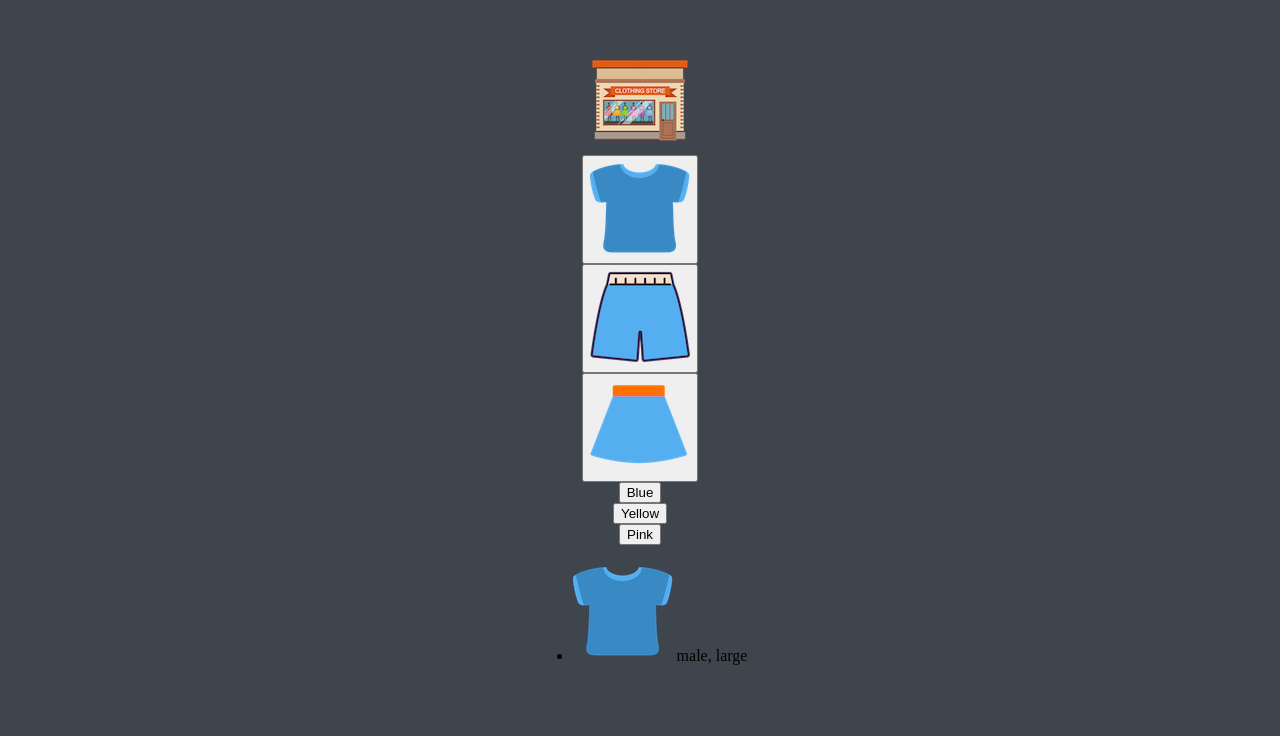
Repository: GoodHoneyCake/Dream_Coding_Academy1
Page: index.html
An editor plug-in stored every save of this project. The page is shown before and after the next save, followed by the edit.
The browser window is 1280 px wide. The pictures show the whole page.

Above is the page before, as saved 2021-01-06 16:12:41.

### index.html
<!DOCTYPE html>
<html lang="en">
  <head>
    <meta charset="UTF-8" />
    <meta name="viewport" content="width=device-width, initial-scale=1.0" />
    <title>Online Shopping</title>
    <link rel="stylesheet" href="style.css" />
    <script src="src/main.js" defer></script>
  </head>
  <body>
    <!-- Logo -->
    <img src="img/logo.png" alt="Logo" class="logo" />
    <!-- Buttons -->
    <button class="btn">
      <img src="img/blue_t.png" alt="tshirt" class="imgBtn" />
    </button>
    <button class="btn">
      <img src="img/blue_p.png" alt="pants" class="imgBtn" />
    </button>
    <button class="btn">
      <img src="img/blue_s.png" alt="skirt" class="imgBtn" />
    </button>
    <button class="btn colorBtn blue">Blue</button>
    <button class="btn colorBtn yellow">Yellow</button>
    <button class="btn colorBtn pink">Pink</button>
    <!-- Items -->
    <ul class="items">
      <li class="item">
        <img src="img/blue_t.png" alt="tshirt" class="item_thumbnail" />
        <span class="item__description">male, large</span>
      </li>
    </ul>
  </body>
</html>

### style.css
:root {
  /* color */
  --color-black: #3f454d;
  --color-white: #ffffff;
  --color-blue: #3b88c3;
  --color-yellow: #fbbe28;
  --color-pink: #fd7f84;
  --color-light-grey: #dfdfdf;
}

* {
  box-sizing: border-box;
}

body {
  height: 100vh;
  background-color: var(--color-black);
  display: flex;
  flex-direction: column;
  justify-content: center;
  align-items: center;
}

.logo {
  cursor: pointer;
}

Loaded but not shown: src/main.js (no stored copy; drawn as an empty file)

After the next save:
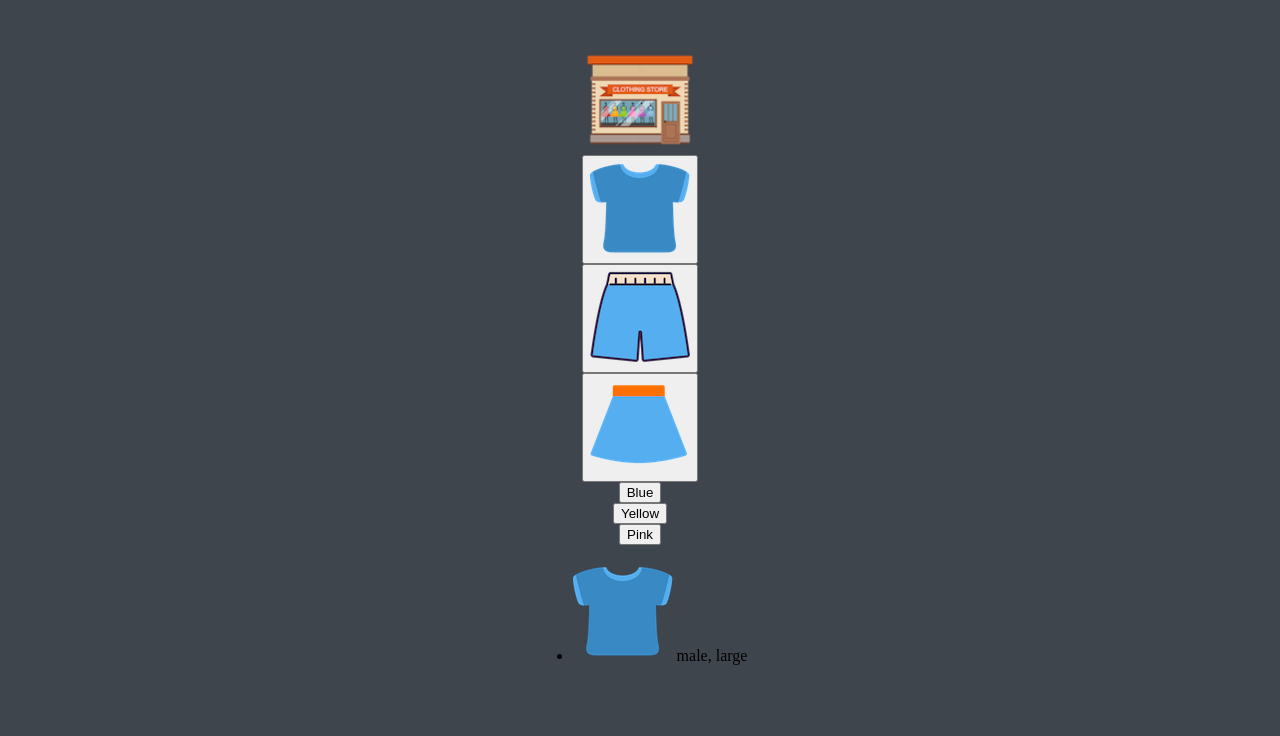
Saved 11 s later.
--- a/style.css
+++ b/style.css
@@ -23,4 +23,5 @@
 
 .logo {
   cursor: pointer;
+  transform: scale(1.1);
 }

After the 2 saves that followed:
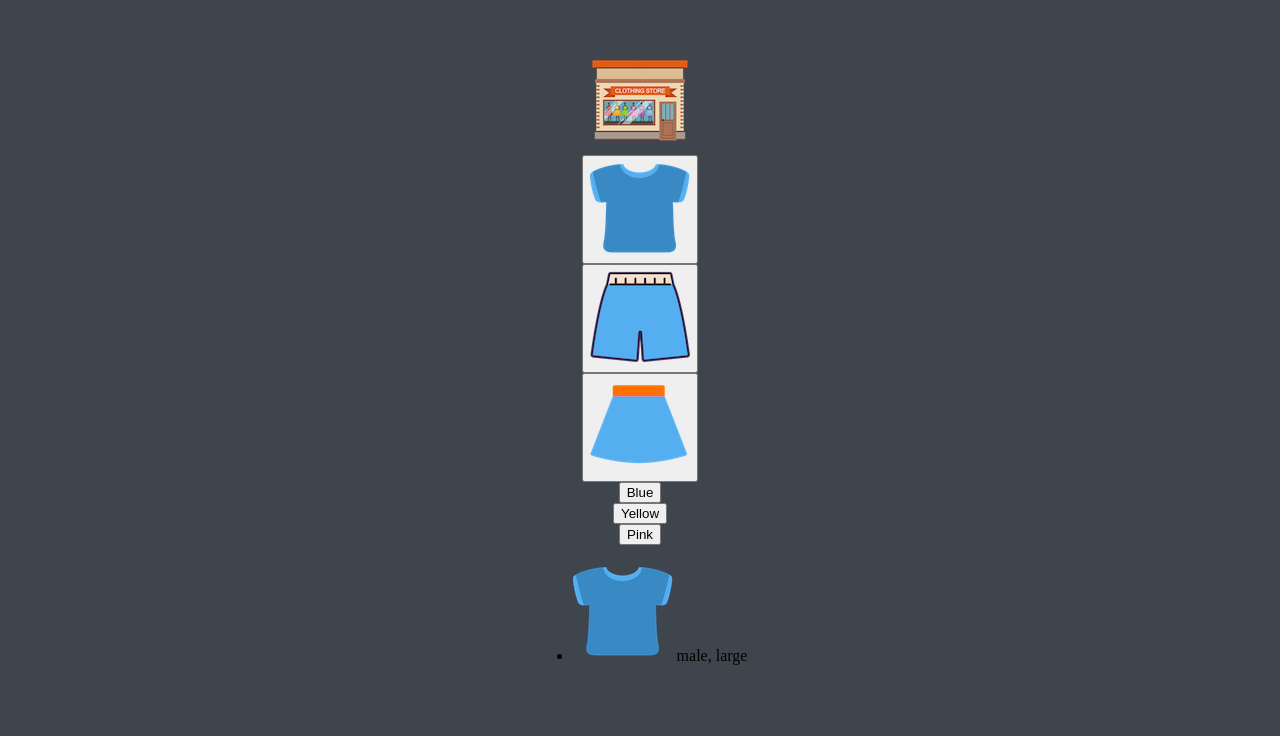
The 2 saves are shown as one change because 1 left the picture as it was.
The last was saved 50 s later.
--- a/style.css
+++ b/style.css
@@ -23,5 +23,9 @@
 
 .logo {
   cursor: pointer;
+  transition: transform 3ms ease-in;
+}
+
+.logo:hover {
   transform: scale(1.1);
 }
